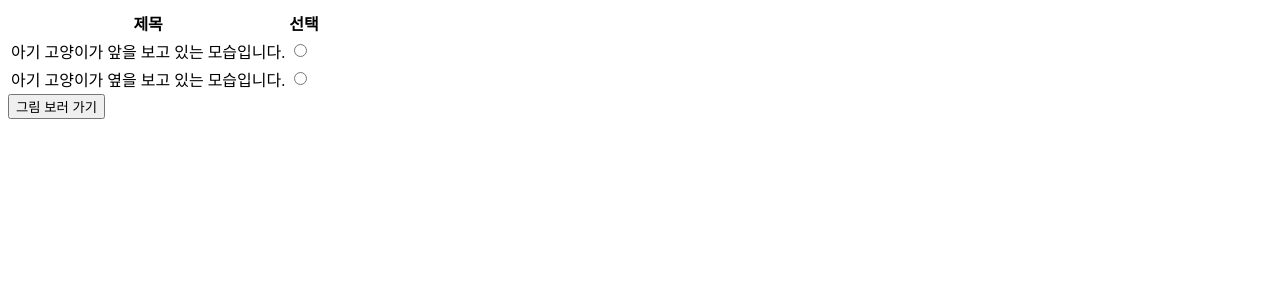
Repository: HeeMang28/jsp
Page: http://localhost/JSPBasic/jspobject/request/req_photo.jsp
An editor plug-in stored every save of this project. The page is shown before and after the next save, followed by the edit.
The browser window is 1280 px wide. The pictures show the whole page.
The page is served by Tomcat 9.

Above is the page before, as saved 2022-03-25 12:28:07.

After the next save:
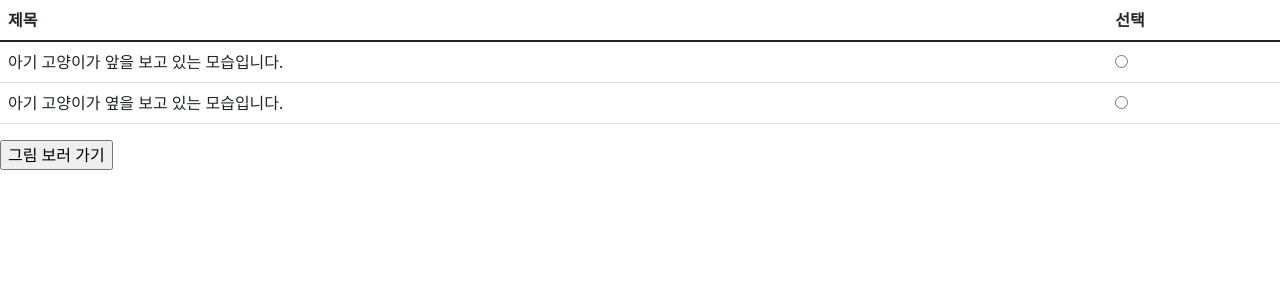
Saved 66 s later.
--- a/JSPBasic/src/main/webapp/jspobject/request/req_photo.jsp
+++ b/JSPBasic/src/main/webapp/jspobject/request/req_photo.jsp
@@ -3,6 +3,7 @@
 <!DOCTYPE html>
 <html>
 <head>
+<link href="https://cdn.jsdelivr.net/npm/bootstrap@5.1.3/dist/css/bootstrap.min.css" rel="stylesheet" integrity="sha384-1BmE4kWBq78iYhFldvKuhfTAU6auU8tT94WrHftjDbrCEXSU1oBoqyl2QvZ6jIW3" crossorigin="anonymous">
 <meta charset="UTF-8">
 <title>Insert title here</title>
 </head>
@@ -16,7 +17,7 @@
 	if~else문을 구성해주세요.
 	그림파일은 <img src="파일명"> 을 이용해 출력가능합니다. --%>
 	<form action="http://localhost:8181/JSPBasic/jspobject/request/req_photo_result.jsp" method="post">
-	<table>
+	<table class="table">
 		<thead>
 		<tr>
 			<th>제목</th>
